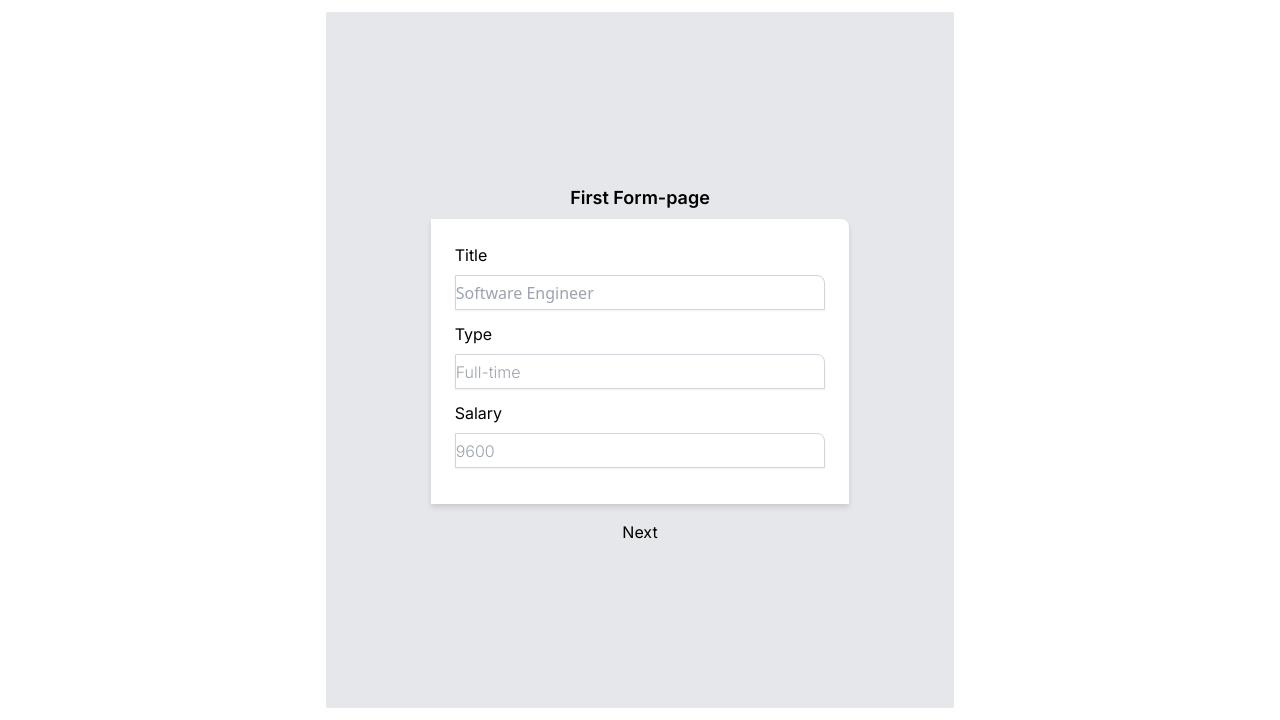
Repository: Abdibaye/Job-Sphere
Page: /form
These files come from the project's save history. The page is drawn as it stood at one moment and after the next save; the edit follows.
The browser window is 1280 px wide. The pictures show the whole page.
The project was rebuilt for these pictures with package versions that can differ from the ones it lists, and the page was loaded fresh each time. Also part of the build but not shown: vite.config.js, src/components/search.jsx, src/components/navbar.jsx, src/pages/descriptionpage.jsx, src/components/job.jsx, src/components/feed.jsx, src/components/saved.jsx, src/components/filter.jsx and 4 more.

Above is the page before, as saved 2025-02-23 00:59:13.

### index.html
<!doctype html>
<html lang="en">
  <head>
    <meta charset="UTF-8" />
    <link rel="icon" type="image/svg+xml" href="/vite.svg" />

    <link rel="preconnect" href="https://fonts.googleapis.com">
    <link rel="preconnect" href="https://fonts.gstatic.com" crossorigin>
    <link href="https://fonts.googleapis.com/css2?family=Inter:ital,opsz,wght@0,14..32,100..900;1,14..32,100..900&family=Open+Sans:ital,wght@0,300..800;1,300..800&family=Poppins:wght@100;200;300;400;600;700&display=swap" rel="stylesheet">

    <meta name="viewport" content="width=device-width, initial-scale=1.0" />
    <title>Vite + React</title>
  </head>
  <body>
    <div id="root"></div>
    <script type="module" src="/src/main.jsx"></script>
  </body>
</html>

### src/main.jsx
import { StrictMode } from 'react'
import { createRoot } from 'react-dom/client'
import './index.css'
import App from './App.jsx'
import Description from './pages/descriptionpage.jsx'
import HomePage from './pages/homepage.jsx'

createRoot(document.getElementById('root')).render(
  <StrictMode>
    <App />
  </StrictMode>,
)

### src/App.jsx
import Navbar from "./components/navbar";
import Description from "./pages/descriptionpage";
import HomePage from "./pages/homepage";
import LoginPage from "./pages/loginpage";
import SignUp from "./pages/Signup";
import { BrowserRouter, Routes, Route, Outlet } from "react-router-dom";
import Feed from "./components/feed";
import Forms from "./pages/formpage";

function App() {
  return (
    <BrowserRouter>
      <Routes>
        {/* Default route for login */}
        <Route path="/" element={<LoginPage />} />

        {/* Nested routes under Navbar */}
        <Route path="/navbar" element={<Navbar />}>
          <Route index element={<HomePage    />} /> {/* Default child route */}
          <Route path="description" element={<Description />} /> {/* Relative path */}
        </Route>

        {/* Signup route */}
        <Route path="/signup" element={<SignUp />} />


        <Route path='/form' element = {<Forms />} />
      </Routes>
    </BrowserRouter>
  );
}

export default App;

### src/pages/formpage.jsx
import { BrowserRouter, Routes, Route, Link, Outlet } from "react-router-dom";
import Form from "../components/form";



function Forms(){
    return(
        <>
        <div>
        <Form />
        <Outlet />
        </div>
        </>
    )


}



export default Forms;

### src/components/form.jsx
import { BrowserRouter, Routes, Route, Outlet } from "react-router-dom";
import { useFormik } from "formik";


const initialValues = {
  title: '',
  type: '',
  salary:''
}

function Form(){
  const {values, handleBlur, handleChange, handleSubmit} = useFormik({
    initialValues:initialValues,
    onSubmit: (value) => {
      console.log(value);
    }
  })

  console.log("empty:" + values.title);

    return(
        <div className=" h-screen font-inter   flex justify-center p-3 ">
            <div className="bg-gray-200 w-1/2 rounded-sm flex flex-col justify-center items-center">
            <h1 className="m-2 font-[600] text-[18px]">First Form-page</h1>
              <div className="bg-[#fff] w-2/3 h-fit flex flex-col justify-center p-6 rounded-tr-lg drop-shadow-md">
                <label className="mb-2">Title</label>
                <input name="title" value={values.name} onChange={handleChange}   className="mb-3 h-[35px] border border-gray-300 rounded-tr-lg shadow-sm focus:outline-none font-sans font-light" type="text" placeholder="Software Engineer" />
                <label className="mb-2">Type</label>
                <input name="type" value={values.type} onChange={handleChange} className="mb-3 mb-3 h-[35px] border border-gray-300 rounded-tr-lg shadow-sm focus:outline-none font-light" type="text" placeholder="Full-time" />
                <label className="mb-2 ">Salary</label>
                <input name="salary" value={values.salary} onChange={handleChange} className="mb-3 mb-3 h-[35px] border border-gray-300 rounded-tr-lg shadow-sm focus:outline-none font-light" type="text" placeholder="9600" />
              </div>
                <button onSubmit={handleSubmit} className="mt-4">Next</button>
            </div>
        </div>
    );
}


export default Form;

### tailwind.config.js
/** @type {import('tailwindcss').Config} */
export default {
  content: [
    "./index.html",
    "./src/**/*.{js,ts,jsx,tsx}",
  ],
  theme: {
    extend: {
      fontFamily: {
        'inter': ['Inter', 'sans-serif'],
      },
    },
  },
  plugins: [],
}

Loaded but not shown: src/index.css (common file)

After the next save:
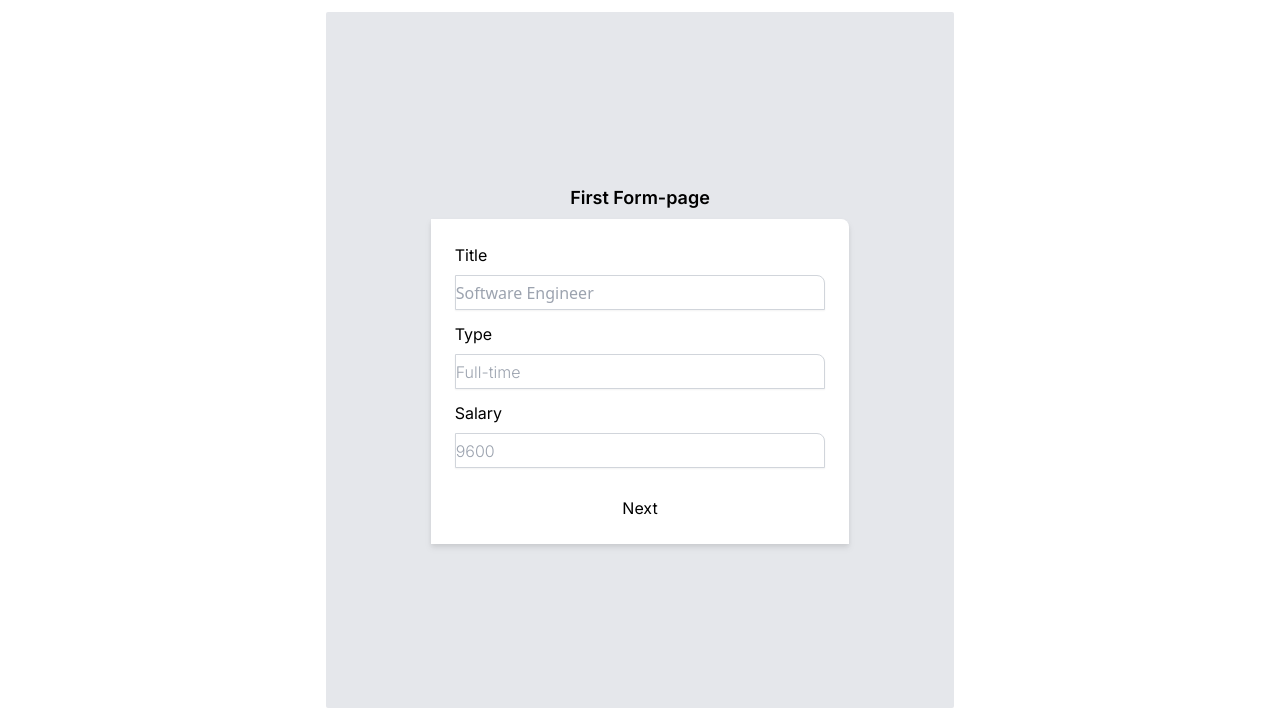
Saved 2 min 12 s later.
--- a/src/components/form.jsx
+++ b/src/components/form.jsx
@@ -1,40 +1,61 @@
-import { BrowserRouter, Routes, Route, Outlet } from "react-router-dom";
 import { useFormik } from "formik";
-
 
 const initialValues = {
   title: '',
   type: '',
-  salary:''
+  salary: ''
 }
 
-function Form(){
-  const {values, handleBlur, handleChange, handleSubmit} = useFormik({
-    initialValues:initialValues,
+function Form() {
+  const { values, handleBlur, handleChange, handleSubmit } = useFormik({
+    initialValues: initialValues,
     onSubmit: (value) => {
       console.log(value);
     }
-  })
+  });
 
   console.log("empty:" + values.title);
 
-    return(
-        <div className=" h-screen font-inter   flex justify-center p-3 ">
-            <div className="bg-gray-200 w-1/2 rounded-sm flex flex-col justify-center items-center">
-            <h1 className="m-2 font-[600] text-[18px]">First Form-page</h1>
-              <div className="bg-[#fff] w-2/3 h-fit flex flex-col justify-center p-6 rounded-tr-lg drop-shadow-md">
-                <label className="mb-2">Title</label>
-                <input name="title" value={values.name} onChange={handleChange}   className="mb-3 h-[35px] border border-gray-300 rounded-tr-lg shadow-sm focus:outline-none font-sans font-light" type="text" placeholder="Software Engineer" />
-                <label className="mb-2">Type</label>
-                <input name="type" value={values.type} onChange={handleChange} className="mb-3 mb-3 h-[35px] border border-gray-300 rounded-tr-lg shadow-sm focus:outline-none font-light" type="text" placeholder="Full-time" />
-                <label className="mb-2 ">Salary</label>
-                <input name="salary" value={values.salary} onChange={handleChange} className="mb-3 mb-3 h-[35px] border border-gray-300 rounded-tr-lg shadow-sm focus:outline-none font-light" type="text" placeholder="9600" />
-              </div>
-                <button onSubmit={handleSubmit} className="mt-4">Next</button>
-            </div>
-        </div>
-    );
+  return (
+    <div className="h-screen font-inter flex justify-center p-3">
+      <div className="bg-gray-200 w-1/2 rounded-sm flex flex-col justify-center items-center">
+        <h1 className="m-2 font-[600] text-[18px]">First Form-page</h1>
+        <form onSubmit={handleSubmit} className="bg-[#fff] w-2/3 h-fit flex flex-col justify-center p-6 rounded-tr-lg drop-shadow-md">
+          <label className="mb-2">Title</label>
+          <input
+            name="title"
+            value={values.title}
+            onChange={handleChange}
+            onBlur={handleBlur}
+            className="mb-3 h-[35px] border border-gray-300 rounded-tr-lg shadow-sm focus:outline-none font-sans font-light"
+            type="text"
+            placeholder="Software Engineer"
+          />
+          <label className="mb-2">Type</label>
+          <input
+            name="type"
+            value={values.type}
+            onChange={handleChange}
+            onBlur={handleBlur}
+            className="mb-3 h-[35px] border border-gray-300 rounded-tr-lg shadow-sm focus:outline-none font-light"
+            type="text"
+            placeholder="Full-time"
+          />
+          <label className="mb-2">Salary</label>
+          <input
+            name="salary"
+            value={values.salary}
+            onChange={handleChange}
+            onBlur={handleBlur}
+            className="mb-3 h-[35px] border border-gray-300 rounded-tr-lg shadow-sm focus:outline-none font-light"
+            type="text"
+            placeholder="9600"
+          />
+          <button type="submit" className="mt-4">Next</button>
+        </form>
+      </div>
+    </div>
+  );
 }
 
-
 export default Form;
